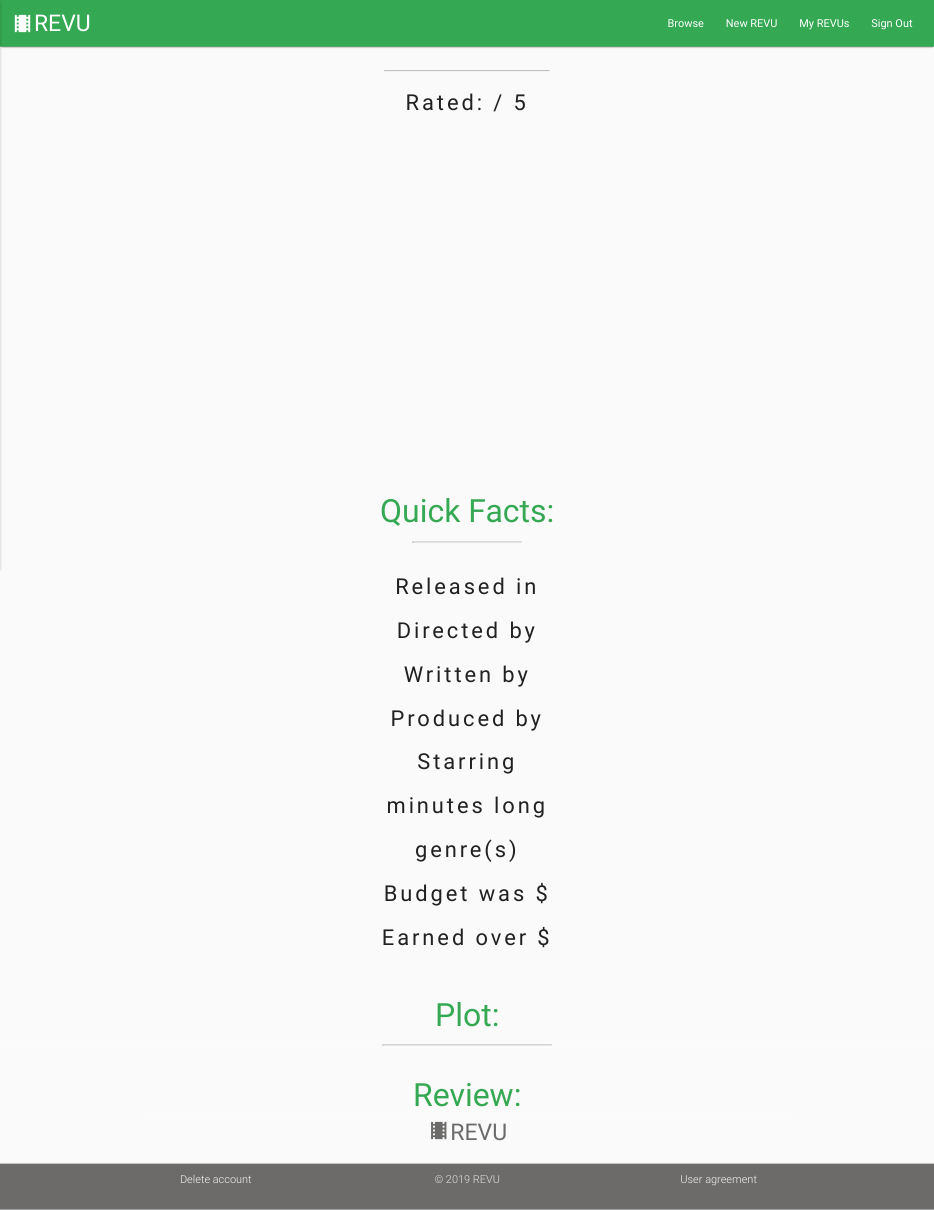
Repository: Olan1/revu
Page: templates/revu.html
The author's editor kept a record of every edit. The page is drawn from the files as they stood at one moment, then again after the next edit.
The browser window is 1280 px wide. The pictures show the whole page, at 73% of full size.
Some web libraries are served in a nearby version. The page is served by the project's application, run on Flask 3 (app.py). The template is opened directly, without the code that normally fills it, so the values that code supplies are empty.

Above is the page before.

### templates/revu.html
{% extends 'base.html' %}

{% block title %} {{ review.title }} {% endblock %}

{% block active1 %} {% endblock %}
{% block active2 %} {% endblock %}
{% block active3 %} {% endblock %}
{% block active4 %} {% endblock %}
{% block active5 %} {% endblock %}
{% block active6 %} {% endblock %}
{% block active7 %} {% endblock %}
{% block active8 %} {% endblock %}

{% block searchbar %}{% endblock %}

{% block content %}

<h1 class="center-align text-green">{{ review.title }}</h1>
<hr class="hr-1">
<h5 class="center-align spec-list">Rated: {{ review.rating }} / 5</h5>
<div class="row center-align">
    <div class="col s12">
        <img class="revu-img" src="{{ review.img_url }}"></img>
    </div>
    <div class="col s12 m10 push-m1 l8 push-l2">
        <h3 class="text-green">Quick Facts:</h3>
        <hr class="hr-1">
        <ul class="spec-list">
            <li>Released in {{ review.released }}</li>
            <li>Directed by {{ review.director }}</li>
            <li>Written by {{ review.writers }}</li>
            <li>Produced by {{ review.producer }}</li>
            <li>Starring {{ review.starring }}</li>
            <li>{{ review.run_time }} minutes long</li>
            <li>{{ review.genre }} genre(s)</li>
            <li>Budget was ${{ review.budget }}</li>
            <li>Earned over ${{ review.earnings }}</li>
        </ul>
    </div>
</div>
<!-- Plot -->
<div class="row">
    <div class="col-12">
        <h3 class="center-align text-green">Plot:</h3>
        <hr class="hr-1">
        <p class="left-align revu-text">{{ review.plot }}</p>
    </div>
</div>
<!-- Review -->
<div class="row">
    <div class="col-12">
        <h3 class="center-align text-green">Review:</h3>
        <hr class="hr-1">
        <p class="left-align revu-text">{{ review.review }}</p>
    </div>
</div>

{{ review.author }}


{% endblock %}

### templates/base.html
<!DOCTYPE html>
<html lang="en">

<head>
    <meta charset="UTF-8">
    <meta name="viewport" content="width=device-width, initial-scale=1.0">
    <meta http-equiv="X-UA-Compatible" content="ie=edge">
    <!-- Google Icon font -->
    <link href="https://fonts.googleapis.com/icon?family=Material+Icons" rel="stylesheet">
    <!-- Materialize stylesheet -->
    <link rel="stylesheet" href="https://cdnjs.cloudflare.com/ajax/libs/materialize/0.100.2/css/materialize.min.css">
    <!-- Local stylesheet-->
    <link rel="stylesheet" href="../static/css/style.css">

    <title>{% block title %}{% endblock %} | REVU</title>
</head>

<body>
    <!-- Navbar -->
    <div class="navbar-fixed">
        <nav>
            <div class="nav-wrapper">
                <a href="{{ url_for('home') }}" class="brand-logo"><i id="nav-icon" class="material-icons">local_movies</i>REVU</a>
                <a href="{{ url_for('home') }}" data-activates="mobile-demo" class="button-collapse"><i class="material-icons">menu</i></a>
                <!-- Navlinks -->
                <ul class="right hide-on-med-and-down">
                    <li class="{% block active1 %} {% endblock %}"><a href="{{ url_for('home') }}">Browse</a></li>
                    <li class="{% block active2 %} {% endblock %}">
                        <a href="{{ url_for('home') }}">
                            <!------------------>New REVU</a>
                    </li>
                    <li class="{% block active3 %} {% endblock %}">
                        <a href="{{ url_for('home') }}">
                            <!------------------>My REVUs</a>
                    </li>
                    <li class="{% block active4 %} {% endblock %}">
                        <a href="{{ url_for('home') }}">
                            <!------------------>Sign Out</a>
                    </li>
                </ul>
                <!-- Mobile Navlinks-->
                <ul class="side-nav" id="mobile-demo">
                    <li class="{% block active5 %} {% endblock %}">
                        <a href="{{ url_for('home') }}">
                            <!------------------>Browse</a>
                    </li>
                    <li class="{% block active6 %} {% endblock %}">
                        <a href="{{ url_for('home') }}">
                            <!------------------>New REVU</a>
                    </li>
                    <li class="{% block active7 %} {% endblock %}">
                        <a href="{{ url_for('home') }}">
                            <!------------------>my REVUs</a>
                    </li>
                    <li class="{% block active8 %} {% endblock %}">
                        <a href="{{ url_for('home') }}">
                            <!------------------>Sign Out</a>
                    </li>
                </ul>
            </div>
        </nav>
    </div>

    <!-- Content -->
    <div class="container main-body">
        {% block searchbar %} {% endblock %} {% block content %} {% endblock %}
    </div>

    <!-- Footer -->
    <footer class="page-footer center-align">
        <div id="top-footer" class="container">
            <div class="row">
                <div class="col-12 mt-10">
                    <a href="{{ url_for('home') }}" id="footer-logo"><i id="footer-icon" class="material-icons">local_movies</i>REVU</a>
                </div>
            </div>
        </div>
        <div id="btm-footer" class="footer-copyright">
            <div class="container">
                <div class="row">
                    <div class="col s3">
                        <a class="grey-text text-lighten-4" href="#!">
                            <!------------------>Delete account</a>
                    </div>
                    <div class="col s6">
                        © 2019 REVU
                    </div>
                    <div class="col s3">
                        <a class="grey-text text-lighten-4" href="{{ url_for('user_agreement') }}" target="_blank">
                            <!------------------>User agreement</a>
                    </div>
                </div>
            </div>
        </div>
    </footer>

    <!-- jQuery -->
    <script type="text/javascript" src="https://code.jquery.com/jquery-3.2.1.min.js"></script>
    <!-- Materialize -->
    <script src="https://cdnjs.cloudflare.com/ajax/libs/materialize/0.100.2/js/materialize.min.js"></script>
    <!-- Local JS script-->
    <script type="text/javascript" src="../static/js/script.js"></script>
</body>

</html>

### app.py
import os
from flask import Flask, render_template, redirect, request, url_for
from flask_pymongo import PyMongo
from bson.objectid import ObjectId

app = Flask(__name__)

app.config['MONGO_DBNAME'] = os.environ.get('MONGO_DBNAME')
app.config['MONGO_URI'] = os.environ.get('MONGO_URI')

mongo = PyMongo(app)


# Home / index
@app.route('/')
@app.route('/home')
def home():
    return render_template('index.html', reviews=mongo.db.reviews.find())


# User agreement
@app.route('/user_agreement')
def user_agreement():
    return render_template('terms.html')


# Sign in
@app.route('/sign_in')
def sign_in():
    return render_template('signin.html')


# Sign up
@app.route('/sign_up')
def sign_up():
    return render_template('signup.html')


# View REVU
@app.route('/view_revu/<review_id>')
def view_revu(review_id):
    the_revu =  mongo.db.reviews.find_one({"_id": ObjectId(review_id)})
    return render_template('revu.html', review=the_revu)


if __name__ == '__main__':
    app.run(host=os.environ.get('IP'),
            port=int(os.environ.get('PORT')),
            debug=True)

### static/css/style.css
/*************** general ***************/

html {
    height: 100%;
    margin: 0;
}

body {
    background-color: #fafafa;
    height: 100%;
    margin: 0;
}

.hr-1 {
    width: 25%;
}

a {
    color: inherit;
}

.divider {
    margin: 1rem;
}

.main-body {
    min-height: 93vh;
    margin-bottom: -150px;
}

.btn,
.btn-large {
    background-color: rgb(53, 168, 83);
}

.btn:hover,
.btn-large:hover {
    background-color: rgb(33, 148, 63);
}

.btn:focus,
.btn-large:focus {
    background-color: rgb(23, 138, 53);
}

.text-grey {
    color: rgb(109, 106, 106);
}

.text-green {
    color: #35a853;
}

.mt-10 {
    margin-top: 10vh;
}

.mb-5 {
    margin-bottom: 50px;
}

/*************** Navbar ***************/

nav {
    background-color: rgb(53, 168, 83);
}

#sidenav-overlay {
    background-color: rgba(0, 0, 0, 0);
}

#nav-icon {
    margin: 0;
    font-size: 2.1rem;
}

/*************** Footer ***************/

.page-footer {
    background-color: #fafafa;
    height: 150px;
}

#top-footer {
    background-color: #fafafa;
}

.page-footer .footer-copyright {
    background-color: rgba(109, 106, 106, 1);
}

#footer-logo {
    color: rgb(109, 106, 106);
    font-size: 2.1rem;
}

#footer-icon {
    color: rgb(109, 106, 106);
    font-size: 2.1rem;
    position: relative;
    top: 4px;
}

/*************** index.html ***************/

.section-img {
    max-width: 95%;
    padding-top: 25px;
}

.section-text p {
    font-size: 1.6rem;
}

#searchBar {
    margin-top: 5vh;
    font-size: 2rem;
    transition: all 0.2s ease-in-out;
    -moz-transition: all 0.2s ease-in-out;
    -webkit-transition: all 0.2s ease-in-out;
    -o-transition: all 0.2s ease-in-out;
}

#searchBar:hover {
    font-size: 2.2rem;
}

/*************** REVU Page ***************/

.revu-img {
    min-height: 65vh;
    max-height: 90vh;
    margin: auto;
}

.spec-list {
    line-height: 4rem;
    font-size: 2rem;
    letter-spacing: 4px;
}

.revu-text {
    line-height: 2rem;
    font-size: 1.4rem;
    letter-spacing: 2px;
}

/*************** Forms ***************/

#form {
    padding-top: 15%;
}

/*************** Media Queries ***************/

@media only screen and (min-width: 769px) {
    nav {
        padding-left: 1rem;
        padding-right: 1rem;
    }

    .section-img {
        max-height: 33.3vh;
    }
}

### static/js/script.js
// Initialize mobile collapse menu
$(".button-collapse").sideNav();

// Search users in search bar
$("#searchBar").keyup(() => {
    search();
});

// Search Bar function
function search() {
    // Get search bar input value
    let input = document.getElementById('searchBar').value;
    // Change input to lowercase
    input = input.toLowerCase();
    // Get all li's with class outerLi (users)
    let x = document.getElementsByClassName('outer');
    let z, i, j;
    // Loop through outerLi's (users)
    for (i = 0; i < x.length; i++) {
        // Set z to false for every iteration
        z = false;
        // Get all li's with class userLi (user data)
        let y = x[i].getElementsByClassName('inner');
        // Loop through userLi's (user data)
        for (j = 0; j < y.length; j++) {
            // If the userLi contains the input value, set z to true
            if (y[j].innerHTML.toLowerCase().includes(input)) {
                z = true;
            }
        }
        // If z is false, outerLi displayed as none
        if (z === false) {
            x[i].style.display = "none";
        }
        // Else if z is true, outerLi displayed as list-item
        else {
            x[i].style.display = "block";
        }
    }
}

After the next edit:
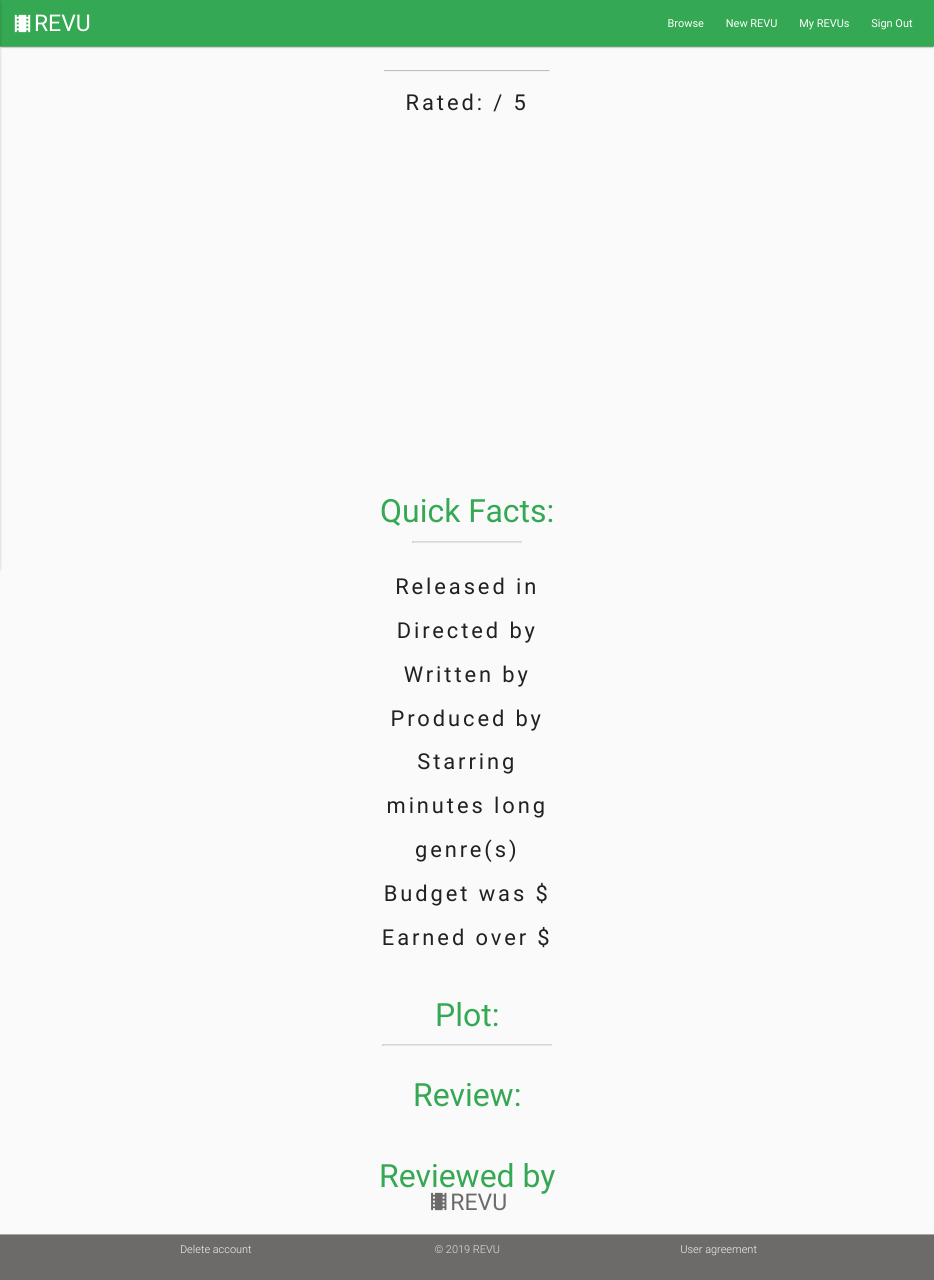
The edit:
--- a/templates/revu.html
+++ b/templates/revu.html
@@ -55,6 +55,13 @@
     </div>
 </div>
 
+<div class="row">
+    <div class="col-12">
+        <h3 class="center-align text-green">Reviewed by</h3>
+        <hr class="hr-1">
+    </div>
+</div>
+
 {{ review.author }}
 
 
